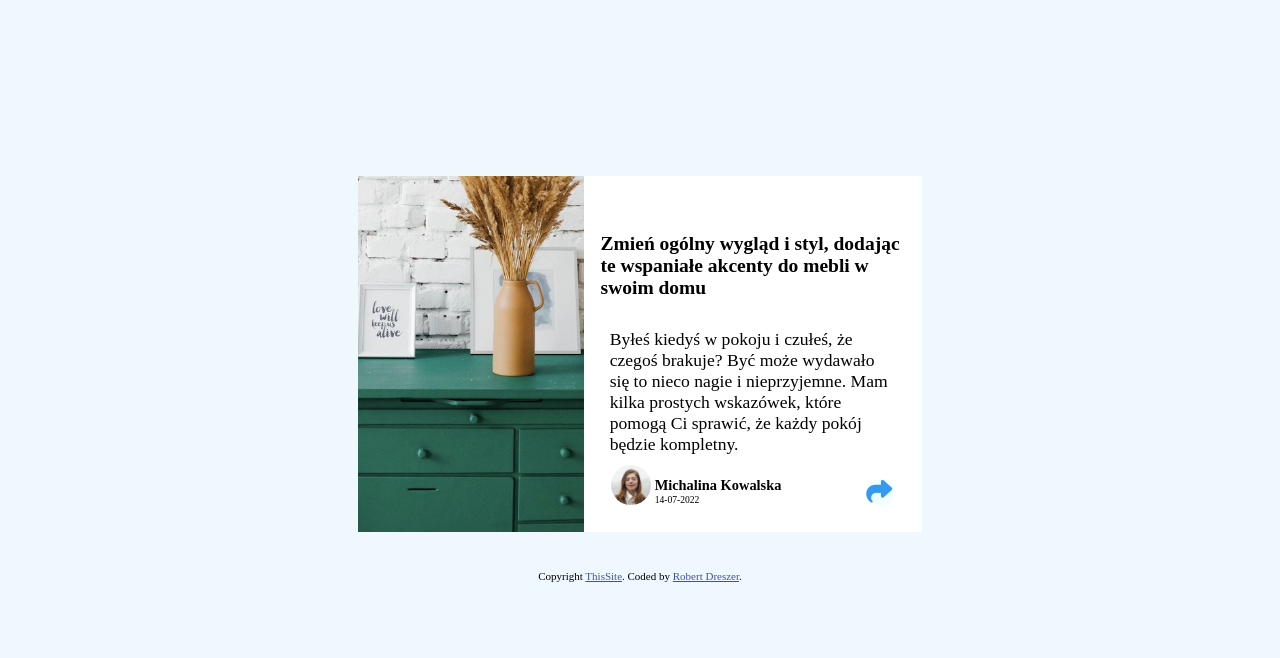
Repository: RobertDsr/komponent-podgl-du-produktu
Page: index.html
These files come from the project's save history. The page is drawn as it stood at one moment and after a run of saves; the edit follows.
The browser window is 1280 px wide. The pictures show the whole page.
Some web libraries are served in a nearby version. The style sheet was rebuilt from its Sass, Less or Tailwind sources for each picture, by a compiler version that may differ from the author's.

Above is the page before, as saved 2022-07-14 14:01:30.

### index.html
<!DOCTYPE html>
<html lang="pl">

<head>
  <meta charset="UTF-8">
  <meta name="viewport" content="width=device-width, initial-scale=1.0">
  <!-- displays site properly based on user's device -->

  <link rel="icon" type="image/png" sizes="32x32" href="./images/favicon-32x32.png">

  <script src="https://kit.fontawesome.com/f1983936fd.js" crossorigin="anonymous"></script>

  <title>Article preview component</title>

  <link rel="stylesheet" href="./design/css/main.min.css">
</head>

<body>

  <div class="wrapper">
    <div class="columns">
      <div class="columnLeft"></div>
      <div class="columnRight">
        <section class="articleDescription">
          <h1 class="Title">Zmień ogólny wygląd i styl, dodając te wspaniałe akcenty do mebli w swoim domu</h1>
          <p>Byłeś kiedyś w pokoju i czułeś, że czegoś brakuje? Być może wydawało się to nieco nagie i nieprzyjemne. Mam
            kilka prostych wskazówek, które pomogą Ci sprawić, że każdy pokój będzie kompletny.</p>
          <div class="author">
            <img src="./images/avatar-michelle.jpg" alt="Michelle" class="imgAuthor">
            <div class="divAuthorName">
              <h2 class="authorName">Michalina Kowalska</h2>
              <time datetime="2022-07-14">14-07-2022</time>
            </div>
            <div class="socialMedia">
              <i class="fa-solid fa-share fa-2x" style="color: #339af0;"></i>
              <div class="popup">
                <div class="mediaWrapper">
                  <h3>share</h3>
                  <img class="img1" src="./images/icon-facebook.svg" alt="ikona facebooka">
                  <img class="img2" src="./images/icon-twitter.svg" alt="ikona twittera">
                  <img class="img3" src="./images/icon-pinterest.svg" alt="ikona pinteresta">
                </div>
              </div>
            </div>
          </div>
        </section>
      </div>
    </div>
    <footer>
      <div class="attribution">
        Copyright <a href="https://robertdreszer.pl/" target="_blank">ThisSite</a>.
        Coded by <a href="https://robertdreszer.pl/">Robert Dreszer</a>.
      </div>
    </footer>
  </div>
</body>

</html>

### design/scss/main.scss
* {
    box-sizing: border-box;
    margin: 0;
    padding: 0;
}

body {
    font-size: 13px;
}
.wrapper {
    align-items: center;
    background-color: aliceblue;
    display: flex;
    flex-direction: column;
    justify-content: center;
    min-height: 100vh;
    min-width: 100vw;
    max-width: 1440px;
    overflow: hidden;
}

.columns {
    display: flex;
    padding: 3%;
    // justify-content: space-around;
    width: 50%;
}

.columnLeft {
    background: url(../../images/drawers.jpg) center/cover;
    width: 40%;
}

.columnRight {
    background-color: #fff;
    padding: 10% 3% 3%;
    width: 60%;
}

.title {
    font-size: 1.45rem;
}

.articleDescription p {
    font-size: 1.1rem;
    padding: 10% 3% 0;
}

.author {
    display: grid;
    grid-template-columns: 14% 76% 10%;
    padding: 10px;
    align-items: flex-end;
}

.imgAuthor {
    width: 40px;
    height: 40px;
    border-radius: 50%;
}

.divAuthorName {
    font-size: 0.6rem;
    padding-left: 2%;
}

.socialMedia {
    background-color: azure;
    border-radius: 50%;
}

.popup {
    display: none;
}
.attribution { font-size: 11px; text-align: center; }
.attribution a { color: hsl(228, 45%, 44%); }

After the next 3 saves:
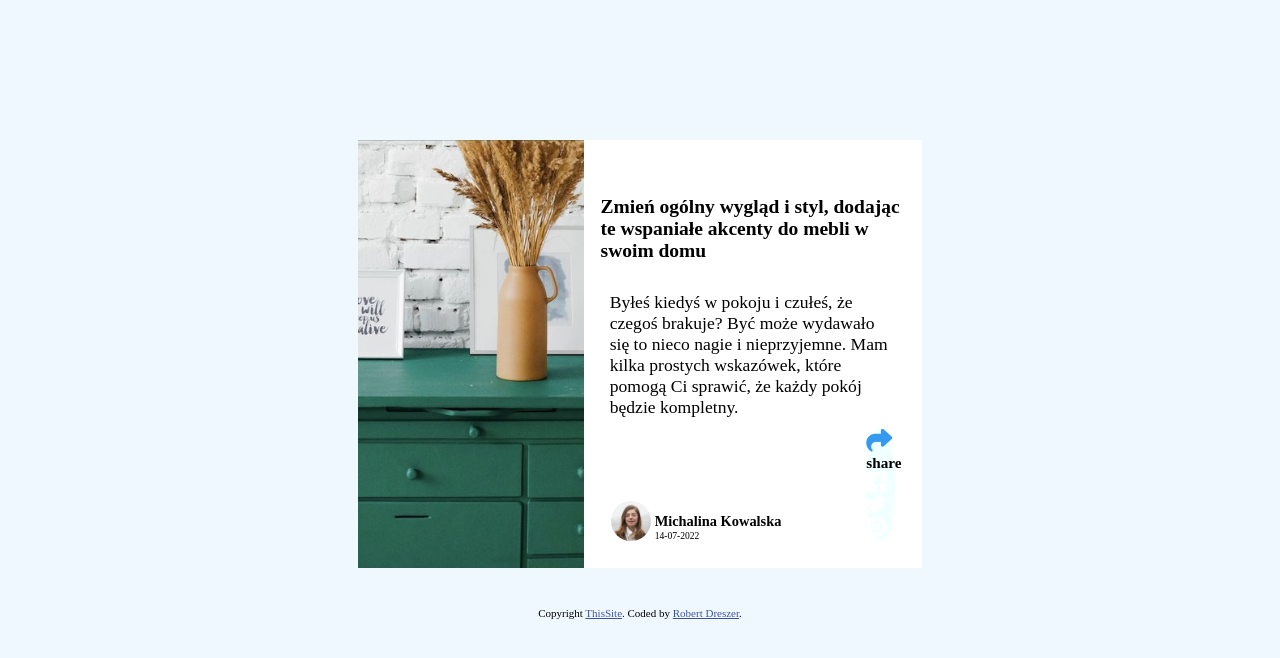
The 3 saves are shown as one change because they came seconds apart.
The last was saved 76 s later.
--- a/design/scss/main.scss
+++ b/design/scss/main.scss
@@ -69,6 +69,8 @@
     border-radius: 50%;
 }
 
+.fa-share
+
 .popup {
     display: none;
 }

After the save that followed:
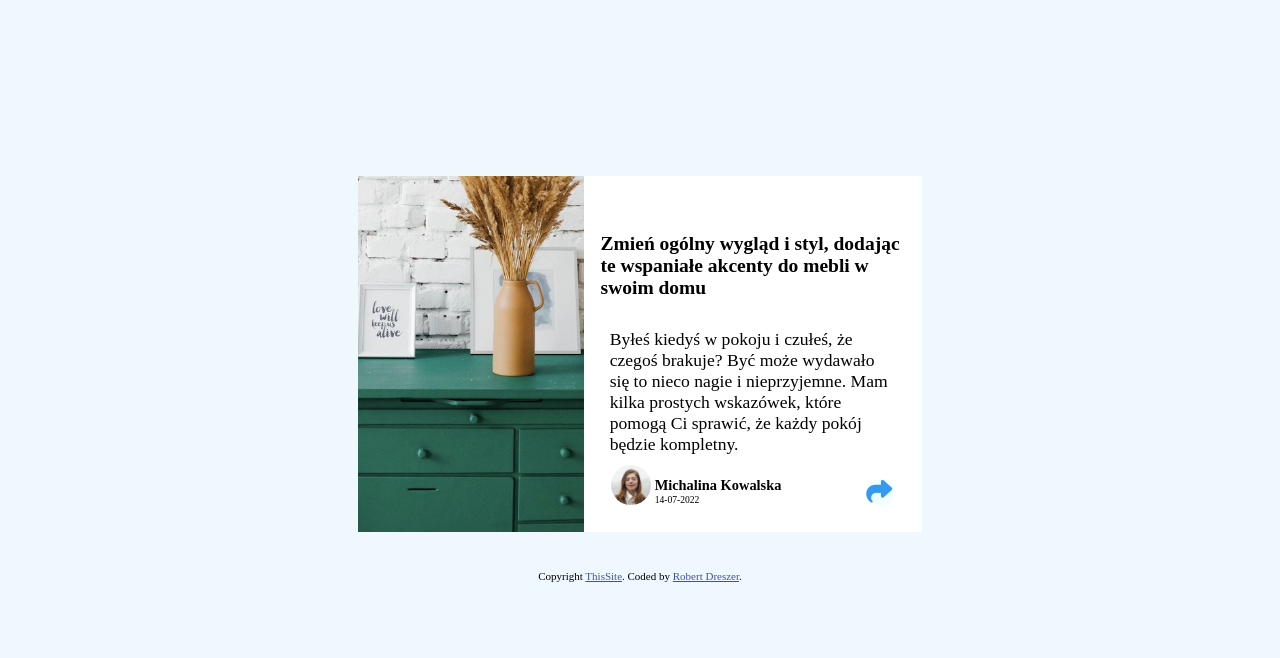
Saved 5 s later.
--- a/design/scss/main.scss
+++ b/design/scss/main.scss
@@ -69,7 +69,9 @@
     border-radius: 50%;
 }
 
-.fa-share
+.fa-share {
+
+}
 
 .popup {
     display: none;
